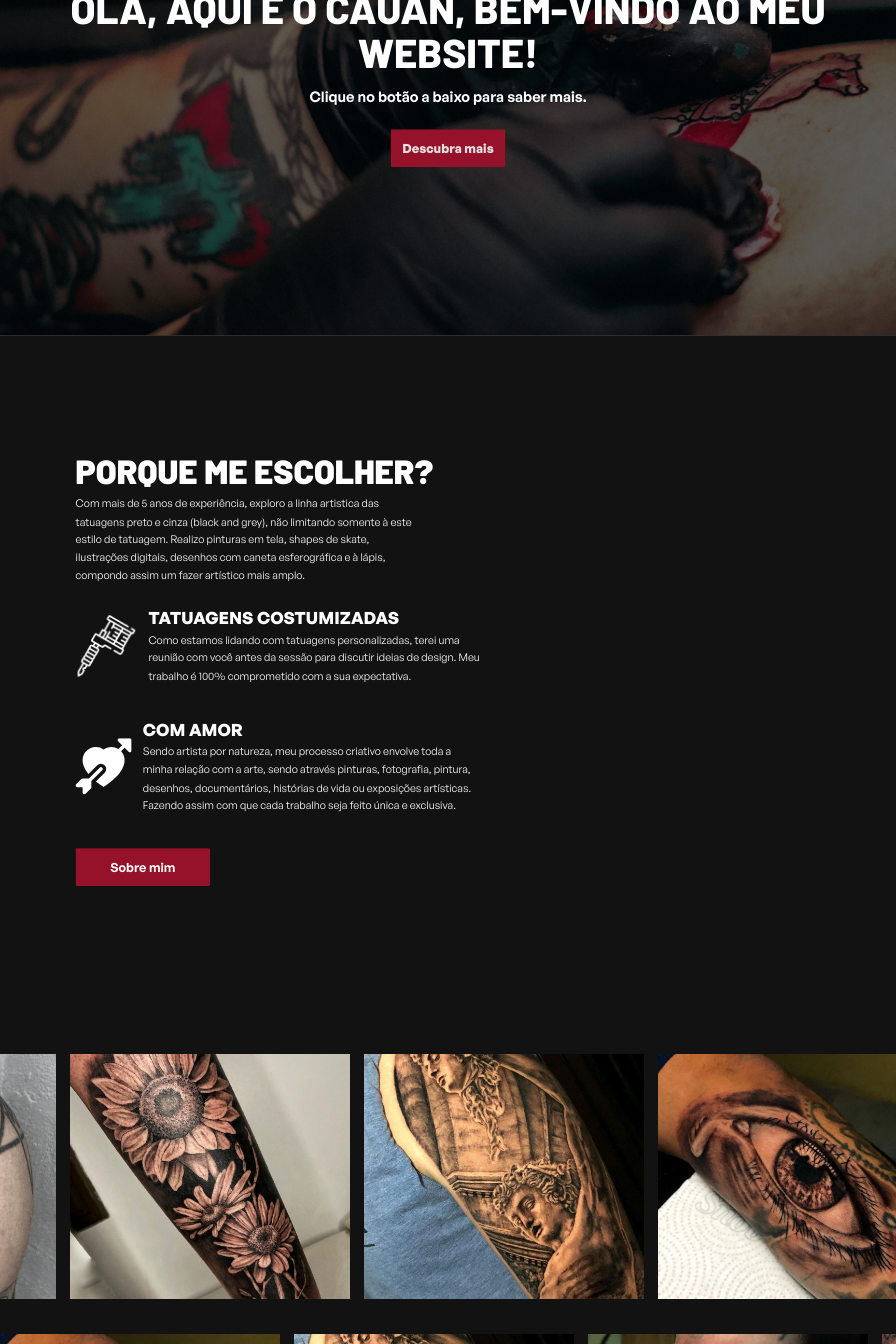
Repository: Leoka2000/S-tima-Ideia
Page: /
An editor plug-in stored every save of this project. The page is shown before and after the next save, followed by the edit.
The browser window is 1280 px wide. The pictures show the part of the page from y = 374 to 2294 px (the page is 7066 px tall), at 70% of full size.
Backgrounds fixed to the window are drawn as part of the page. The project was rebuilt for these pictures with package versions that can differ from the ones it lists, and the page was loaded fresh each time. Some packages were replaced by stand-ins written for this rebuild. Also part of the build but not shown: src/pages/main/instagram/instagram.css, src/pages/main/instagram/instagram.jsx, src/App.css, src/pages/portfolio/portfolio.css, src/data/database-common.js, src/pages/portfolio/loop-content.jsx, src/pages/portfolio/portfolio.jsx, src/pages/portfolio/index.jsx and 2 more. Imported but missing from the stored project, and not drawn on this page: src/assets/videos/cauan-video.mp4.

Above is the page before, as saved 2023-05-22 21:02:57.

### public/index.html
<!DOCTYPE html>
<html lang="en">
  <head>
    <meta charset="utf-8" />
    <link rel="icon" href="%PUBLIC_URL%/logo.png" />
    <meta name="viewport" content="width=device-width, initial-scale=1" />
    <meta name="theme-color" content="#000000" />
    <meta
      name="description"
      content="Web site created using create-react-app"
    />
    <link rel="apple-touch-icon" href="%PUBLIC_URL%/logo192.png" />
    <!--
      manifest.json provides metadata used when your web app is installed on a
      user's mobile device or desktop. See https://developers.google.com/web/fundamentals/web-app-manifest/
    -->
    <link rel="manifest" href="%PUBLIC_URL%/manifest.json" />
    <!--
      Notice the use of %PUBLIC_URL% in the tags above.
      It will be replaced with the URL of the `public` folder during the build.
      Only files inside the `public` folder can be referenced from the HTML.

      Unlike "/favicon.ico" or "favicon.ico", "%PUBLIC_URL%/favicon.ico" will
      work correctly both with client-side routing and a non-root public URL.
      Learn how to configure a non-root public URL by running `npm run build`.
    -->
    <title>Setima Idea.ink</title>
  </head>
  <body>
    <noscript>You need to enable JavaScript to run this app.</noscript>
    <div id="root"></div>
    <!--
      This HTML file is a template.
      If you open it directly in the browser, you will see an empty page.

      You can add webfonts, meta tags, or analytics to this file.
      The build step will place the bundled scripts into the <body> tag.

      To begin the development, run `npm start` or `yarn start`.
      To create a production bundle, use `npm run build` or `yarn build`.
    -->
  </body>
</html>

### src/pages/main/index/index.jsx
import React from 'react'
import Hero from '../hero/hero'
import About from '../about/about'
import Carousel from '../carousel/carousel'
import HorizontalParallax2 from '../carousel/carousel2'
import LookPortfolio from '../olhe-portfolio'
import Video from '../video/video'
import Instagram from '../instagram/instagram'
import Form from '../contact/form'
import Contact from '../contact'
import Sobre from '../../sobre/about/about'

const index = () => {
  return (
    <>
      <Hero/>
      <About/>
      <Carousel/>
      <HorizontalParallax2/>
      <LookPortfolio/>
      <Video/>
      <Sobre/>
      {/* <Instagram/> */}
      <Contact/>
    </>
  )
}

export default index

### src/pages/sobre/about/about.jsx
import React from 'react'
import "./about.css"
import { BsFacebook } from 'react-icons/bs'
import { BsInstagram } from 'react-icons/bs'
import { AiOutlineMail } from 'react-icons/ai'
import cauan from '../../../assets/images/cauan.jpg'
import {Link} from 'react-scroll'

const Sobre = () => {
  return (
    <section id='about' className='sobre-section'>
      <main>
        <div className='sobre-left'>
          <h2>Tatuador na equipe Família Bagé.</h2>
          <h1>Cauan Rossoni Feversani</h1>
          <p>Magna nisl egestas amet netus lectus malesuada diam et ullamcorper et in urna maecenas praesent ut vitae tempus sollicitudin pharetra ipsum molestie urna scelerisque.</p>
          <div className='sobre-icons-wrapper'>
            <a target='_blank' href='https://www.instagram.com/setimaideia.ink'>
              <BsInstagram />
            </a>
            <a href='mailto:contato.cauanrf@gmail.com'>
              <AiOutlineMail />
            </a>
          </div>
          <div className='sobre-button-wrapper'>
          <Link style={{ textDecoration: 'none' }} spy={true} smooth={true} offset={100} duration={500} to='form' ><button className='solid'>Contato</button></Link>
            <a target='_blank' href='https://www.instagram.com/setimaideia.ink'><button className='transparent'>Veja o portfólio</button></a>
          </div>
        </div>
        <div className='sobre-right'>
          <img alt='cauan' src={cauan}/>
        </div>
      </main>
    </section>
  )
}

export default Sobre

### src/components/footer/footer.jsx
import { useEffect } from 'react'
import './footer.css'
import { BsFacebook } from 'react-icons/bs'
import { BsInstagram } from 'react-icons/bs'
import { AiOutlineMail } from 'react-icons/ai'
import machine from '../../assets/icons/tattoo-machine.png'
import bage from '../../assets/brand/bage.jpg'
import { useLocation } from 'react-router-dom'
import { Link } from 'react-scroll'

const Footer = () => {

    const location = useLocation();

    useEffect(() => {
        window.scrollTo(0, 0);
    }, [location.pathname]);


    return (
        <footer>
            <main>
                <div className='footer-left'>
                    <div className='footer-cauan'>
                        <img src={machine} />
                        <p>Cauan Rossoni</p>
                    </div>

                    <div className='footer-icons-wrapper'>
                        <a target='_blank' href='https://www.instagram.com/setimaideia.ink/'>< BsInstagram /></a>
                        <a target='_blank' href='mailto:contato.cauanrf@gmail.com'><AiOutlineMail /></a>
                    </div>
                </div>
                <div className='footer-middle'>
                    <h1>Páginas</h1>
                    <Link style={{ textDecoration: 'none' }} spy={true} smooth={true} offset={100} duration={500} to='inicio' >Início</Link>
                    <Link style={{ textDecoration: 'none' }} spy={true} smooth={true} offset={100} duration={500} to='portfolio' >Portfolio</Link>
                    <Link style={{ textDecoration: 'none' }} spy={true} smooth={true} offset={100} duration={500} to='about' >Sobre</Link>
                </div>
                <div className='footer-right'><a target='_blank' href='https://www.instagram.com/_familiabagetattoo_/'><img src={bage} /></a></div>
            </main>
            <div className='leo-tag'>
                <p>Desenvolvido por <a style={{textDecoration: 'none'}} href='https://www.linkedin.com/in/leoreus/'>Leo Reus Oliveira</a></p>
            </div>
        </footer>
    )
}

export default Footer

### src/pages/main/hero/hero.jsx
import React from 'react';
import { motion } from 'framer-motion';
import './hero.css';
import logo from '../../../assets/brand/logoCorrected.png';
import { Link } from 'react-scroll';

const Hero = () => {
  const text = "Olá, aqui é o Cauan, bem-vindo ao meu website!";

  const parentVariants = {
    animate: {
      transition: {
        staggerChildren: 0.05,
      },
    },
  };

  const childVariants = {
    initial: {
      y: 20,
      opacity: 0,
    },
    animate: {
      y: 0,
      opacity: 1,
    },
  };

  return (
    <section id='inicio' className="hero-section">
      <div className="hero-wrapper">
        <img src={logo} alt="logo" />
        <motion.h1 variants={parentVariants} initial="initial" animate="animate">
          {text.split("").map((letter, index) => (
            <motion.span key={index} variants={childVariants}>{letter}</motion.span>
          ))}
        </motion.h1>
        <h2>Clique no botão a baixo para saber mais.</h2>
        <div>
          <Link to='sobre' className="colored-hero" style={{textDecoration: 'none'}} spy={true} smooth={true} offset={100} duration={500}>Descubra mais</Link>
        </div>
      </div>
    </section>
  );
};

export default Hero;

### src/pages/main/carousel/carousel.jsx
import C1 from '../../../assets/carousel/c1.jpg'
import C2 from '../../../assets/carousel/c2.jpg'
import C3 from '../../../assets/carousel/c3.jpg'
import C4 from '../../../assets/carousel/c4.jpg'
import C5 from '../../../assets/carousel/c5.jpg'
import C6 from '../../../assets/carousel/c6.jpg'
import C7 from '../../../assets/carousel/c7.jpg'
import C8 from '../../../assets/carousel/c8.jpg'
import C9 from '../../../assets/carousel/c9.jpg'
import C10 from '../../../assets/carousel/c10.jpg'

import { motion, useTransform, useScroll, circOut } from "framer-motion";
import React from "react";
import './carousel.css'

const images = [
  C1,
  C5,
  C4,
  C7,
  C2,
  C6,
  C8,
  C9,
  C10,
];

const HorizontalParallax = () => {
  const { scrollYProgress } = useScroll();
  const x = useTransform(scrollYProgress,
     [0, 1],
      [0, -2000],
      { clamp: false, velocity: 0.1, ease: circOut });

  return (
    <div className="horizontal-parallax">
      <motion.div
        className="images-container"
        style={{ x }}
      >
        {images.map((image, index) => (
          <div key={index} className="image">
            <img src={image} alt={`Image ${index}`} />
          </div>
        ))}
      </motion.div>
    </div>
  );
};

export default HorizontalParallax;

### src/pages/main/carousel/carousel2.jsx
import { motion, useTransform, useScroll, circOut } from "framer-motion";
import React from "react";
import './carousel.css'
import C1 from '../../../assets/carousel/c10.jpg'
import C2 from '../../../assets/carousel/c9.jpg'
import C3 from '../../../assets/carousel/c8.jpg'
import C4 from '../../../assets/carousel/c7.jpg'
import C5 from '../../../assets/carousel/c6.jpg'
import C6 from '../../../assets/carousel/c5.jpg'
import C7 from '../../../assets/carousel/c4.jpg'
import C8 from '../../../assets/carousel/c3.jpg'
import C9 from '../../../assets/carousel/c2.jpg'
import C10 from '../../../assets/carousel/c1.jpg'

const images = [
  C2,
  C3,
  C4,
  C1,
  C5,
  C6,
  C7,
  C8,
  C9,
  C10,
];

const HorizontalParallax2 = () => {
  const { scrollYProgress } = useScroll();
  const x = useTransform(scrollYProgress, [1, 0], [0, -2000], {ease: circOut });

  return (
    <div className="horizontal-parallax">
      <motion.div
        className="images-container"
        style={{ x }}
      >
        {images.map((image, index) => (
          <div key={index} className="image">
            <img src={image} alt={`Image ${index}`} />
          </div>
        ))}
      </motion.div>
    </div>
  );
};

export default HorizontalParallax2;

### src/pages/main/olhe-portfolio/index.jsx
import React from 'react'
import './index.css'
import img from '../../../assets/images/lookportfolio-img.png'
import silhouete from '../../../assets/icons/about-tattoo-machine.png'
import clown from '../../../assets/icons/rose.png'
import { useInView } from 'react-intersection-observer';
import { motion } from 'framer-motion'
import { Link } from 'react-router-dom'

const LookPortfolio = () => {

  const [ref1, inView1] = useInView({
    threshold: 0.3,
    triggerOnce: true,
    delay: 0.7
  });

  const [ref2, inView2] = useInView({
    threshold: 0.3,
    triggerOnce: true,
    delay: 0.9
  });

  return (
    <section id='portfolio' className='look-portfolio-section'>
      <img alt='silhouete' className='silhouete' src={silhouete} />
      <img alt='silhouete' className='clown' src={clown} />
      <motion.div
        ref={ref1}
        initial={{ opacity: 0 }}
        animate={inView1 ? { opacity: 1 } : { opacity: 0 }}
        transition={{ duration: 1 }}
        className='look-portfolio-left'>
        <img src={img} />
      </motion.div>
      <motion.div
        ref={ref2}
        initial={{ opacity: 0 }}
        animate={inView2 ? { opacity: 1 } : { opacity: 0 }}
        transition={{ duration: 1 }}
        className='look-portfolio-right'>
        <h1>Confira o meu portfólio!</h1>
        <p>Clique no link a baixo para acessar o meu portfólio no Instagram. Lá, você pode encontrar uma exposição dos meus trabalhos atualizados.</p>
        <a
         style={{textDecoration:'none'}} target='_blank' href='https://www.instagram.com/setimaideia.ink/'>Saiba mais</a>
      </motion.div>

    </section>
  )
}

export default LookPortfolio

### src/pages/main/video/video.jsx
import React, { useState } from 'react';
import './video.css';
import cauan from '../../../assets/videos/cauan-video.mp4'
import thumb from '../../../assets/images/Thumbnail.jpg'
import { FaPlay, FaTimes } from "react-icons/fa";

function Video() {
    const [showVideo, setShowVideo] = useState(false);

    function handlePlayClick() {
        setShowVideo(true);
        document.body.style.overflow = 'hidden';
    }

    function handleCloseClick() {
        setShowVideo(false);
        document.body.style.overflow = 'visible';
    }

    return (
        <section className="video-thumbnail">
            <div className='overlay-effect'>
                <div
                    className="thumbnail-image"

                >
                    <button
                        className="play-button"
                        onClick={handlePlayClick}
                    >
                        <FaPlay className="play-icon" />
                    </button>
                </div>
                {showVideo && (
                    <div className="video-overlay">
                        <button className="close-button" onClick={handleCloseClick}>
                            <FaTimes className="close-icon" />
                        </button>
                        <div className="video-wrapper">
                            <video src={cauan} controls autoPlay />
                        </div>
                    </div>
                )}
            </div>
        </section>
    );
}

export default Video

### src/pages/main/contact/index.jsx
import React from 'react'
import Form from './form'
import './form.css'
import { useInView } from 'react-intersection-observer';
import { motion } from 'framer-motion'
import { AiFillMessage } from 'react-icons/ai'
import { AiOutlineFieldTime } from 'react-icons/ai'
import { BsCashStack } from 'react-icons/bs'
import { MdFastfood} from 'react-icons/md'
import {BsCapsulePill} from 'react-icons/bs'

const Index = () => {

  const [ref1, inView1] = useInView({
    threshold: 0.7,
    triggerOnce: true,
    delay: 0.9
  });

  return (
    <section className='form-section-parent'>

      <motion.header
        ref={ref1}
        initial={{ opacity: 0 }}
        animate={inView1 ? { opacity: 1 } : { opacity: 0 }}
        transition={{ duration: 1 }}
        className='form-header'>
        <h1>INFORMAÇÕES IMPORTANTES!</h1>
        <p>Este site tem a intenção de fazer com que você me conheça melhor. Se você deseja marcar uma tatuagem comigo, leia as informações abaixos.</p>
        <div className='row-wrapper'>
          <div>
            <span><AiFillMessage /></span>
            <p>Envie-me uma mensagem no Instagram e uma foto de referência ou mencione a ID de um dos meus trabalhos presentes na seção de portfólio deste site.</p>
          </div>
          <div>
            <span><BsCashStack /></span>
            <p>Para agendar uma tatuagem comigo, você precisará pagar um depósito, e esse valor será destinado para o custo total do trabalho.</p>
          </div>
          <div>
            <span><AiOutlineFieldTime /></span>
            <p>Será necessário 48 horas de antecedência para cancelar ou reagendar uma sessão. Se você não conseguir fazer isso, precisará marcar outro agendamento e pagar um depósito extra.</p>
          </div>
          <div>
            <span><MdFastfood /></span>
            <p>Certifique-se de comer, se hidratar e descansar antes de realizer sua tatuagem.</p>
          </div>
          <div>
            <span><BsCapsulePill/></span>
            <p>Não venha de ressaca ou sob o efeito de drogas.</p>
          </div>

        </div>

      </motion.header>
      <Form />
    </section >
  )
}

export default Index

### src/pages/main/about/about.css
.about-section {
    padding: 10rem 0 15rem 0rem;
    display: flex;
    justify-content: center;
    gap:5rem;
}
.about-left {
    display: flex;
    flex-direction: column;


}
.about-left > div {
    display: flex;
    align-items: center;
    gap: 1rem;
    margin-bottom: 1rem;
    margin-top: 2rem;
}
.about-left > div > div {
    display: flex;
    flex-direction: column;
}
.about-left > div > div > h1 {
    font-size: 1.5rem;
    font-weight: 900;
}
.about-left > div > div > p {
    max-width: 30rem;
    font-size: 0.95rem;
    line-height: 1.6rem;
    margin-top: 0.3rem;
}
.about-left > h1 {
    font-family: Barlow, sans-serif;
    font-size: 3rem;
   margin-bottom: 0.2rem;
   line-height: 4rem;
    font-weight: 900;
}
.about-left > h2 {
    max-width: 30rem;
    font-size: 0.95rem;
    line-height: 1.6rem;
}
.about-left > div > img {
    width: 5.5rem;
}
.about-left > div > span {
    font-size: 5rem;
}

.about-right {
    position: relative;
    display: flex;
    width: 25rem;
-webkit-box-orient: vertical;
-webkit-box-direction: normal;
-webkit-flex-direction: column;
-ms-flex-direction: column;
flex-direction: column;


}

.thumbnail-about {
    position: absolute;
    width: 22rem;
    height: 35rem;
  }



  #bottom-img {
    top: 3rem;
    left: 10rem;
    z-index: 5;
    position: absolute;
  }




  .parallax-layer {
    position: absolute;
    width: 100%;
    height: 100%;
    top: 0;
    left: 0;
    background-size: cover;
    background-position: center;
    z-index: -1;
  }


  .parallax-layer-2 {
    position: absolute;

 width: 25rem;
    top: 15rem;
    z-index: 4;
       background-image: url("../../../assets/images/about-img2.jpg");
  }

  .parallax-layer-1 {
    background-image: url("../../../assets/images/about-img.jpg");
    z-index: 5;
    position: absolute;
  top: -10rem;

  left: 7rem;
 width: 25rem;
  }
  .about-left > a > button{
    padding: 1rem;
   margin-top: 2rem;
    cursor: pointer;
-webkit-box-pack: center;
-webkit-justify-content: center;
-ms-flex-pack: center;
justify-content: center;
border: 1px solid transparent;
border-radius: 2px;
background-color: #96122a;
-webkit-transition: box-shadow 300ms ease, -webkit-transform 300ms ease;
transition: box-shadow 300ms ease, -webkit-transform 300ms ease;
transition: box-shadow 300ms ease, transform 300ms ease;
transition: box-shadow 300ms ease, transform 300ms ease, -webkit-transform 300ms ease;
font-family: 'General Sans', sans-serif;
color: #fff;
line-height: 1.111em;
font-weight: 500;
width: 12rem;
text-align: center;
text-decoration: none;
text-transform: none;
-webkit-transform-style: preserve-3d;
transform-style: preserve-3d;
}

.about-left > a > button:hover {
    box-shadow: 0 10px 20px 0 rgba(248, 19, 60, 0.2);
-webkit-transform: translate3d(0px, -3px, 0.01px);
transform: translate3d(0px, -3px, 0.01px);
color: #fff;

}

@media screen and (max-width: 1306px) {
    .parallax-layer, .parallax-layer-1, .parallax-layer-2 {
        display: none;
    }
}

@media screen and (max-width: 1100px) {
    .about-section {
        padding: 10rem 0 50rem 0;
        display: flex;
        justify-content: center;
        flex-direction: column;
        gap:5rem;
        align-items: center;
    }



    .parallax-layer-2 {
        position: absolute;
      left: 5rem;
     width: 15rem;
        top: 27rem;
        height: 25rem;
        z-index: 4;
           background-image: url("../../../assets/images/about-img2.jpg");
      }

      .parallax-layer-1 {
        background-image: url("../../../assets/images/about-img.jpg");
        z-index: 5;
        position: absolute;
      top:-4rem;
      height: 25rem;
      left: 10rem;
      width: 15rem;
      }
}
@media screen and (max-width: 640px) {
    .about-section {
        padding: 10rem 0 50rem 0;
        display: flex;
        justify-content: center;
        flex-direction: column;
        gap:5rem;
        align-items: center;
    }
    .about-right {
        width: 20rem;
    }
    .about-left > div {
        flex-direction: column;

    }
    .about-left > h1 {
        font-family: Barlow, sans-serif;
        font-size: 2.4rem;
       margin-bottom: 0.5rem;
       line-height: 2.5rem;

    }
    .about-left > h2 {
        font-size: 1rem;
        line-height: 1.65rem;
        margin-bottom: 1rem;
    }
    .about-left {
        text-align: center;
        align-items: center;
        margin-right: 1rem;
        margin-left: 1rem;
    }
    .about-left > div > div > h1 {
        font-size: 1.3rem;
        font-weight: 900;
    }
    .about-left > div > div  {
        display: flex;
        align-items: center;
        justify-content: center;
    }
    .about-left > div > div > p {
        font-size: 1rem;
        line-height: 1.65rem;
      width: 18rem;
      margin-bottom: 1rem;
    }
    .about-left > a{
        width: 100%;
}
.about-left > a > button {
    width: 90%;
}
.parallax-layer-2 {
    position: absolute;
  left: 3rem;
 width: 13rem;
    top: 27rem;
    height: 17rem;
    z-index: 4;
       background-image: url("../../../assets/images/about-img2.jpg");
  }

  .parallax-layer-1 {
    background-image: url("../../../assets/images/about-img.jpg");
    z-index: 5;
    position: absolute;
  top:-4rem;
  height: 17rem;
  left: 6rem;
  width: 13rem;
  }

}

### src/pages/main/carousel/carousel.css
.horizontal-parallax {
  position: relative;
  width: 100%;
  height: 400px;
  overflow-x: hidden;
}

.images-container {
  position: absolute;
  top: 0;
  left: 0;
  height: 100%;
  white-space: nowrap;
}

.image {
  display: inline-block;
  width: 400px;
  height: 350px;
  margin-right: 20px;
  overflow: hidden;
}

.image img {
  width: 100%;
  height: 100%;
  object-fit: cover;
}

@media screen and (max-width: 650px) {
  .image {
    display: inline-block;
    width: 210px;
    height: 245px;
    margin-right: 20px;
    overflow: hidden;
  }
  .horizontal-parallax {
    position: relative;
    width: 100%;
    height: 350px;
    overflow-x: hidden;
  }

}

Loaded but not shown: src/index.js (36 lines, source omitted); src/routes.js (29 lines, source omitted); src/pages/main/contact/form.css (328 lines, source omitted); src/pages/sobre/about/about.css (260 lines, source omitted); src/components/navbar/navbar.css (277 lines, source omitted); src/pages/main/contact/form.jsx (95 lines, source omitted); src/pages/main/hero/hero.css (175 lines, source omitted); src/index.css (112 lines, source omitted); src/pages/main/olhe-portfolio/index.css (156 lines, source omitted); src/pages/main/about/about.jsx (76 lines, source omitted); src/components/navbar/navbar.jsx (80 lines, source omitted); src/components/footer/footer.css (122 lines, source omitted); src/pages/main/video/video.css (140 lines, source omitted)

After the next save:
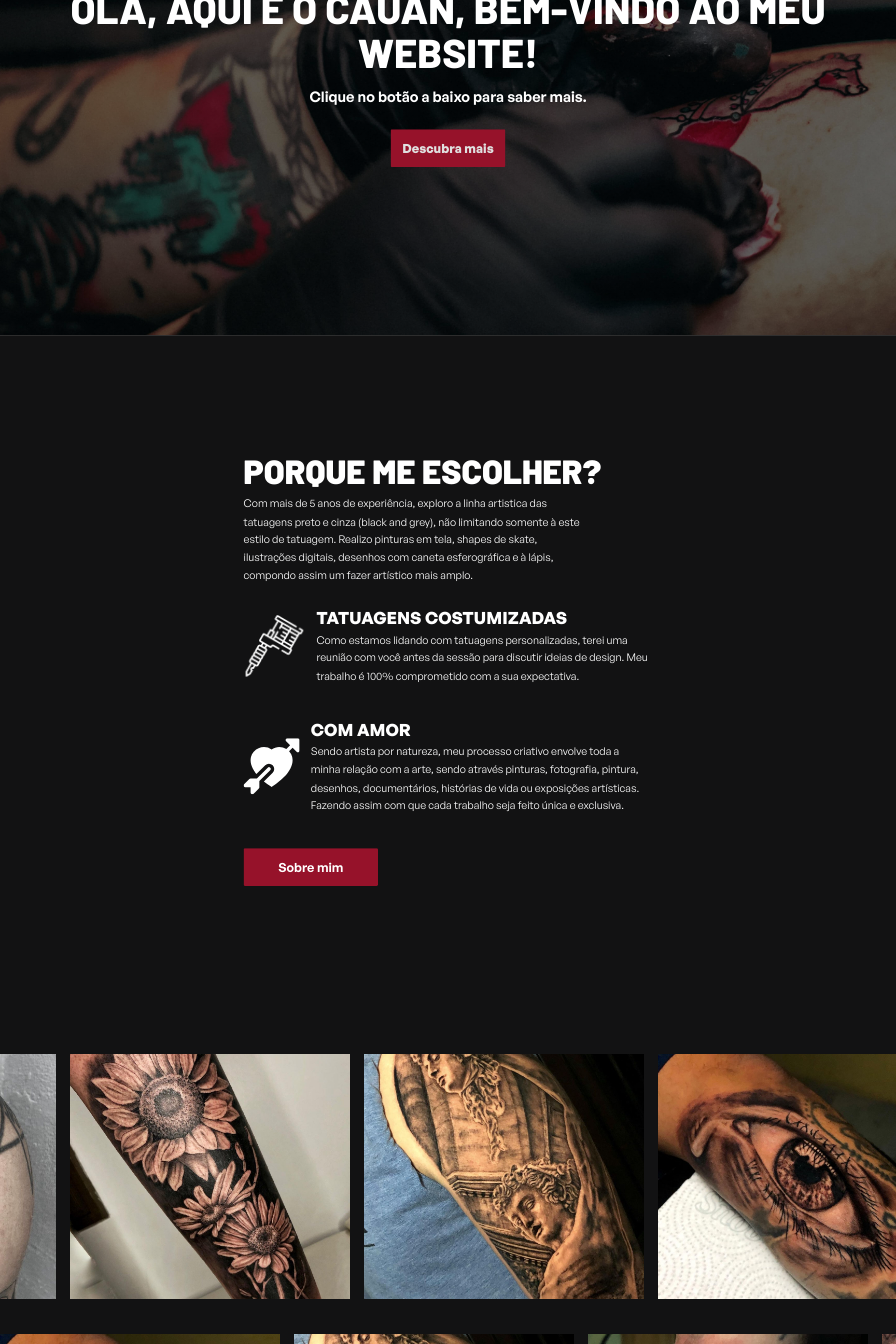
Saved 16 s later.
--- a/src/pages/main/about/about.css
+++ b/src/pages/main/about/about.css
@@ -147,7 +147,7 @@ color: #fff;
 }
 
 @media screen and (max-width: 1306px) {
-    .parallax-layer, .parallax-layer-1, .parallax-layer-2 {
+    .about-right, .parallax-layer, .parallax-layer-1, .parallax-layer-2 {
         display: none;
     }
 }
